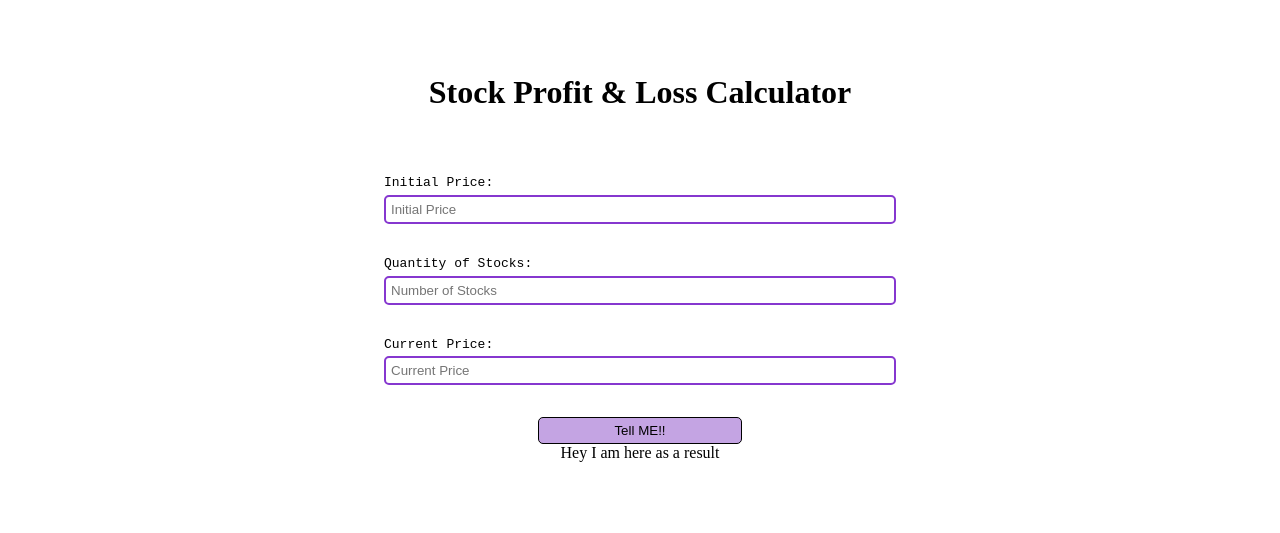
Repository: patelamancode/Stock-P-L-Calculator
Page: index.html
These files come from the project's save history. The page is drawn as it stood at one moment and after the next save; the edit follows.
The browser window is 1280 px wide. The pictures show the whole page.

Above is the page before, as saved 2022-11-23 18:15:28.

After the next save:
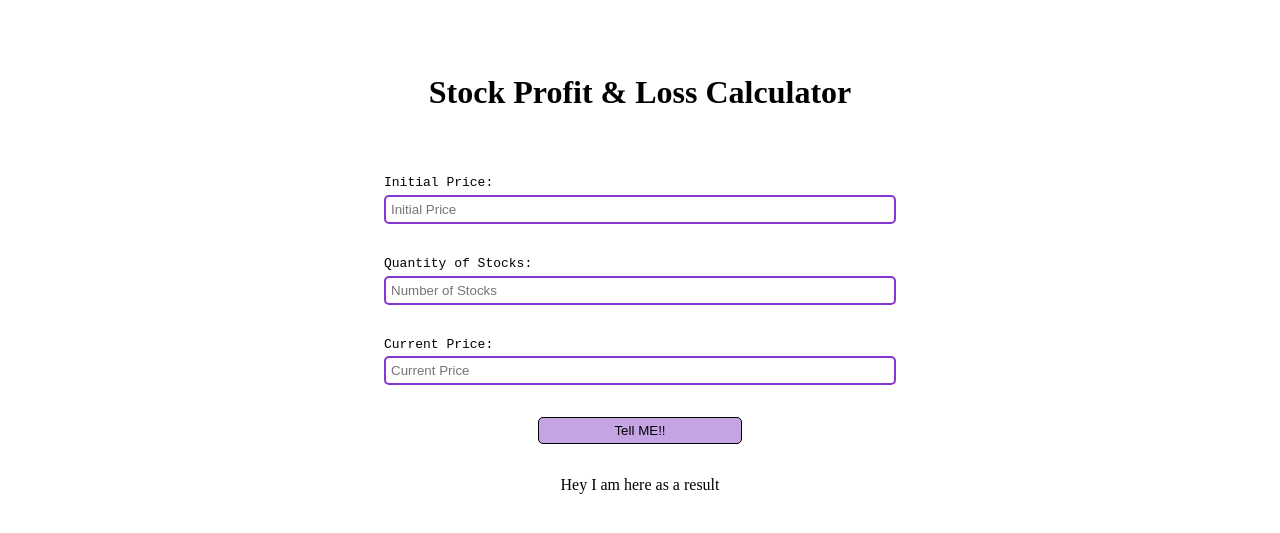
Saved 42 s later.
--- a/index.css
+++ b/index.css
@@ -38,3 +38,7 @@
     border: 1px solid;
     border-radius: 5px;
   }
+
+  #result-display{
+    margin-top: 2rem;
+  }
